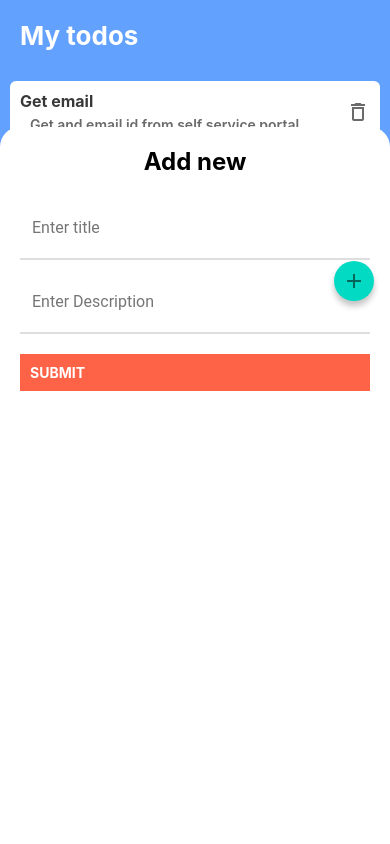
Repository: sadarsh216/Todo-App
Page: /, after clicking the first element matching `button.css-view-175oi2r`
An editor plug-in stored every save of this project. The page is shown before and after the next save, followed by the edit.
The browser window is 390 px wide. The pictures show the whole page.
The app was drawn by React Native's web renderer in a window 390 px wide. The project was rebuilt for these pictures with package versions that can differ from the ones it lists, and the page was loaded fresh each time.

Above is the page before, as saved 2021-10-09 14:31:02.

### App.tsx
import { StatusBar } from "expo-status-bar";
import React, { useRef } from "react";
import {
  SafeAreaView,
  ScrollView,
  StyleSheet,
  Text,
  TouchableWithoutFeedback,
  View,
  Animated,
  Easing,
} from "react-native";
import Todos from "./Pages/Todos";
import { FAB } from "react-native-paper";
import Modal from "./components/Modal";
import * as Animatable from "react-native-animatable";

export default function App() {
  const [showAdd, setAdd] = React.useState(false);

  return (
    <>
      <SafeAreaView>
        <View style={styles.container}>
          <ScrollView>
            <Text style={styles.heading}>My todos</Text>
            <Todos />
          </ScrollView>
          {showAdd && (
            <Animatable.View style={styles.modal} animation="fadeInUpBig">
              <TouchableWithoutFeedback onPress={() => alert("")}>
                <Modal />
              </TouchableWithoutFeedback>
            </Animatable.View>
          )}
        </View>
        <FAB
          style={styles.fab}
          small
          icon="plus"
          onPress={() => setAdd(!showAdd)}
        />
      </SafeAreaView>
    </>
  );
}

const styles = StyleSheet.create({
  container: {
    height: "100%",
    backgroundColor: "#63a1ff",
  },
  heading: {
    color: "white",
    fontSize: 26,
    fontWeight: "bold",
    margin: 20,
  },
  fab: {
    color: "#fff",
    position: "absolute",
    margin: 16,
    right: 0,
    bottom: 0,
  },
  modal: {
    position: "absolute",
    bottom: 0,
    height: "60%",
    width: "100%",
    display: "flex",
    backgroundColor: "white",
    borderTopRightRadius: 20,
    borderTopLeftRadius: 20,
    elevation: 4,
    padding: 10,
    // backgroundColor: "rgba(0,0,0,0.4)",
  },
});

### Pages/Todos.tsx
import React from "react";
import { View, Text, StyleSheet, TouchableOpacity } from "react-native";
import { MaterialCommunityIcons } from "@expo/vector-icons";

export default function Todos() {
  const [todos, setTodos] = React.useState([
    {
      title: "Get email",
      description: "Get and email id from self service portal",
      id: 0,
    },
    { title: "Test 1", description: "this is a test data for test 1", id: 1 },
    { title: "Test 2", description: "this is a test data for test 2 ", id: 2 },
  ]);
  const deleteTodo = () => {
    alert("deleted");
  };
  return (
    <>
      {todos.map((item, key) => (
        <View key={item.id} style={styles.card}>
          <View style={styles.details}>
            <Text style={styles.title}>{item.title}</Text>
            <Text style={styles.desc}>{item.description}</Text>
          </View>
          <View style={styles.deleteSection}>
            <TouchableOpacity onPress={deleteTodo}>
              <MaterialCommunityIcons
                name="delete-outline"
                size={24}
                color="#6a6a6a"
              />
            </TouchableOpacity>
          </View>
        </View>
      ))}
    </>
  );
}

const styles = StyleSheet.create({
  card: {
    display: "flex",
    flexDirection: "row",
    backgroundColor: "#fff",
    margin: 10,
    borderRadius: 6,
    elevation: 4,
    padding: 10,
  },
  title: {
    fontSize: 16,
    marginBottom: 5,
    fontWeight: "bold",
    color: "#383838",
  },
  desc: {
    paddingHorizontal: 10,
    fontWeight: "600",
    color: "#6a6a6a",
  },
  details: {
    flex: 2,
  },
  deleteSection: {
    justifyContent: "center",
  },
});

### components/Modal.tsx
import { Formik } from "formik";
import React from "react";
import { View, Text, StyleSheet, TouchableWithoutFeedback } from "react-native";
import { Colors, TextInput } from "react-native-paper";

export default function Modal() {
  return (
    <View>
      <Text style={styles.heading}>Add new</Text>
      <Formik
        initialValues={{ title: "", description: "", id: "" }}
        onSubmit={(values) => {
          // submit function
        }}
      >
        {(props) => (
          <View style={styles.formContainer}>
            <TextInput
              style={styles.input}
              placeholder="Enter title"
              onChangeText={props.handleChange("title")}
              value={props.values.title}
            />
            <TextInput
              style={styles.input}
              placeholder="Enter Description"
              onChangeText={props.handleChange("title")}
              value={props.values.title}
            />
            <TouchableWithoutFeedback onPress={props.handleSubmit}>
              <Text style={styles.submitBtn}>Submit</Text>
            </TouchableWithoutFeedback>
          </View>
        )}
      </Formik>
    </View>
  );
}

const styles = StyleSheet.create({
  heading: {
    textAlign: "center",
    fontWeight: "bold",
    fontSize: 24,
    margin: 10,
  },
    formContainer: {
      padding:10,
    justifyContent: "space-around",
  },
    input: {
        backgroundColor: 'transparent',
        marginBottom:10,
  },
    submitBtn: {
        marginTop:10,
        padding: 10,
        backgroundColor: 'tomato',
        fontWeight: 'bold',
        textTransform:'uppercase',
        color:'white'
  },
});

After the next save:
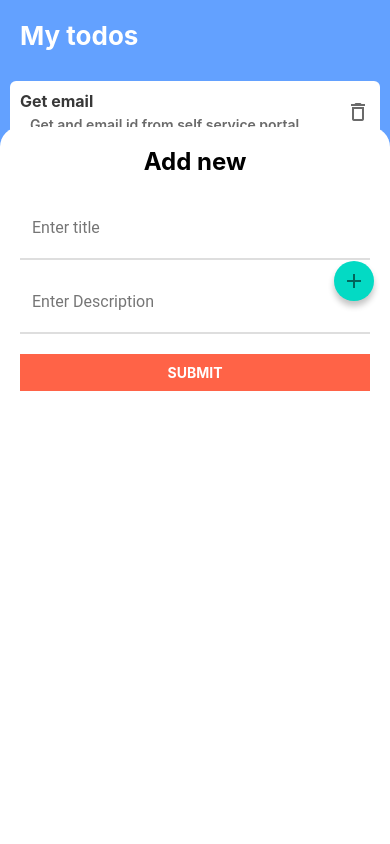
Saved 12 s later.
--- a/components/Modal.tsx
+++ b/components/Modal.tsx
@@ -57,7 +57,8 @@ const styles = StyleSheet.create({
         padding: 10,
         backgroundColor: 'tomato',
         fontWeight: 'bold',
-        textTransform:'uppercase',
+        textTransform: 'uppercase',
+        textAlign: 'center',
         color:'white'
   },
 });
